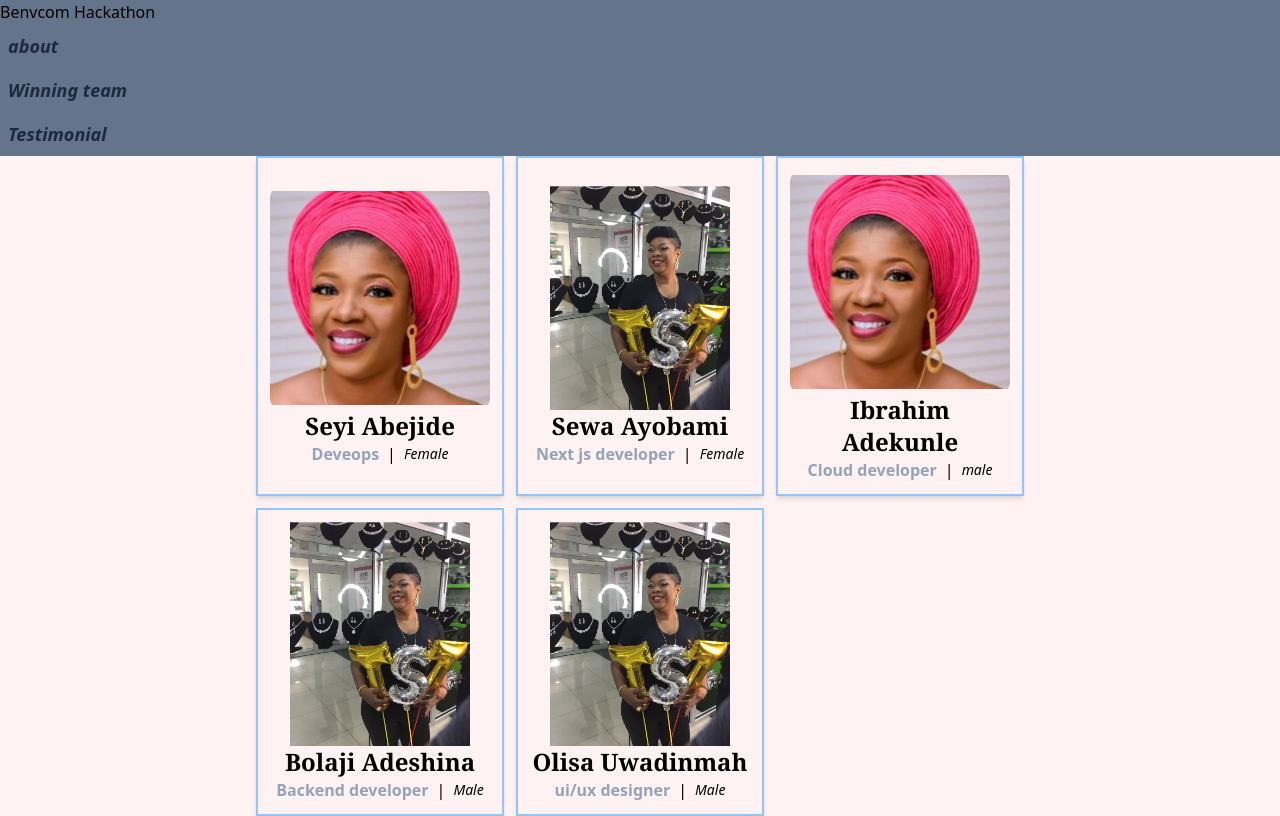
Repository: Semanmernstack/Bincom
Page: /
These files come from the project's save history. The page is drawn as it stood at one moment and after the next save; the edit follows.
The browser window is 1280 px wide. The pictures show the whole page.
The project was rebuilt for these pictures with package versions that can differ from the ones it lists, and the page was loaded fresh each time. The framework's server and built-in components were replaced by stand-ins that run in the browser. Also part of the build but not shown: next.config.mjs.

Above is the page before, as saved 2024-01-25 09:21:26.

### app/layout.tsx
import type { Metadata } from "next";
import { Inter } from "next/font/google";
import "./globals.css";
import Nav from "./components/Nav";

const inter = Inter({ subsets: ["latin"] });

export const metadata: Metadata = {
  title: "Create Next App",
  description: "Generated by create next app",
};

export default function RootLayout({
  children,
}: Readonly<{
  children: React.ReactNode;
}>) {
  return (
    <html lang="en">
      <body className=" min-h-screen bg-red-50">
        <Nav/>
        {children}
      </body>
    </html>
  );
}

### app/page.tsx
import Hacthon from "./components/Hacthon";




export default function Home() {
  return (
    <main>
      <Hacthon/>
    </main>

  );
}

### app/components/Nav.tsx
"use client"
import Link from 'next/link'
import { usePathname } from 'next/navigation'
import React from 'react'
const Linkk = [
    {
        href: "/about",
        title: "about"
    },
    {
        href: "/winner",
        title: "Winning team"
    },
    {
        href: "/testimony",
        title: "Testimonial",
    },
]

function Nav() {
    const pathname = usePathname()
  return (
    <div className='bg-slate-500'>
        <div>
            <h1> Benvcom Hackathon  </h1>
        </div>
       {Linkk.map((d, i) => (
        <div key={i}>
           {pathname === d.href ? (
        <Link href={d.href} className='text-sm sm:text-lg text-red-800 font-semibold animate-pulse'>
            {d.title}
        </Link>


           ):(
            <Link href= {d.href }
            className="flex   p-2 gap-1 italic sm:font-semibold hover:border rounded-lg border-teal-700  text-slate-800 dark:text-white text-xs sm:text-lg font-bold transition duration-100  "
            >
                {d.title}
            </Link>

           )}
           </div>

       ))}




</div>
  )
}

export default Nav

### app/components/Hacthon.tsx
import React from 'react'
import slidefour from "../public/slidefour.png"


import slidethree from "../public/slidethree.png"
import SetUp from "../components/SetUp";


const data = [
  {
    id: "1",
    title: "Seyi Abejide",
    image:"slidefour.png",
    role: "Deveops",
    gender: "Female",

  },
  {
    id: "2",
    title: "Sewa Ayobami",
    image: "slidethree.png",
    role: "Next js developer",
    gender: "Female"

  },
  {
    id: "3",
    title: "Ibrahim Adekunle",
    image:"slidefour.png",
    role: "Cloud developer",
    gender: "male",

  },
  {
    id: "4",
    title: "Bolaji Adeshina",
    image: "slidethree.png",
    role: "Backend developer",
    gender: "Male",

  },
  {
    id: "5",
    title: "Olisa Uwadinmah",
    image: "slidethree.png",
    role: "ui/ux designer",
    gender: "Male",

  },


];

function Hacthon() {
  return (
    <main className=" flex flex-col max-w-3xl mx-auto ">
      <div className="grid grid-cols-1 sm:grid-cols-2 md:grid-cols-3 gap-3">
          {data.map((p, index)=> (
              <div className=" border-2 border-blue-300 shadow-md items-center justify-center flex" key={index}>
                <SetUp
                  id={p.id}
                  title={p.title}
                  image={p.image}
                  role={p.role}
                  gender= {p.gender}
                />
              </div>

          ))}


      </div>



    </main>
  )
}

export default Hacthon

### app/components/SetUp.tsx
import React from 'react'
interface B {
    id: string
    title: string
    image: string
    role: string
    gender: string
}


function SetUp({id, title, image, role, gender}:B) {
  return (
    <div className=' p-3 '>
      <img src={image} alt="image" className='h-56 w-56 rounded-xl  object-contain' />
      <div className='flex flex-col items-center justify-between'>
        <h1 className='font-bold text-center font-serif textt-xl md:text-2xl'>{title}</h1>
        <div className='flex items-center justify-between gap-2'>
          <h2 className='font-bold text-slate-400 '>{role}</h2>
          <h2>|</h2>
          <h2 className='text-xs sm:text-sm italic'>{gender}</h2>
        </div>

        <div>

        </div>

      </div>

    </div>
  )
}

export default SetUp

Loaded but not shown: app/globals.css (common file); tailwind.config.ts (common file)

After the next save:
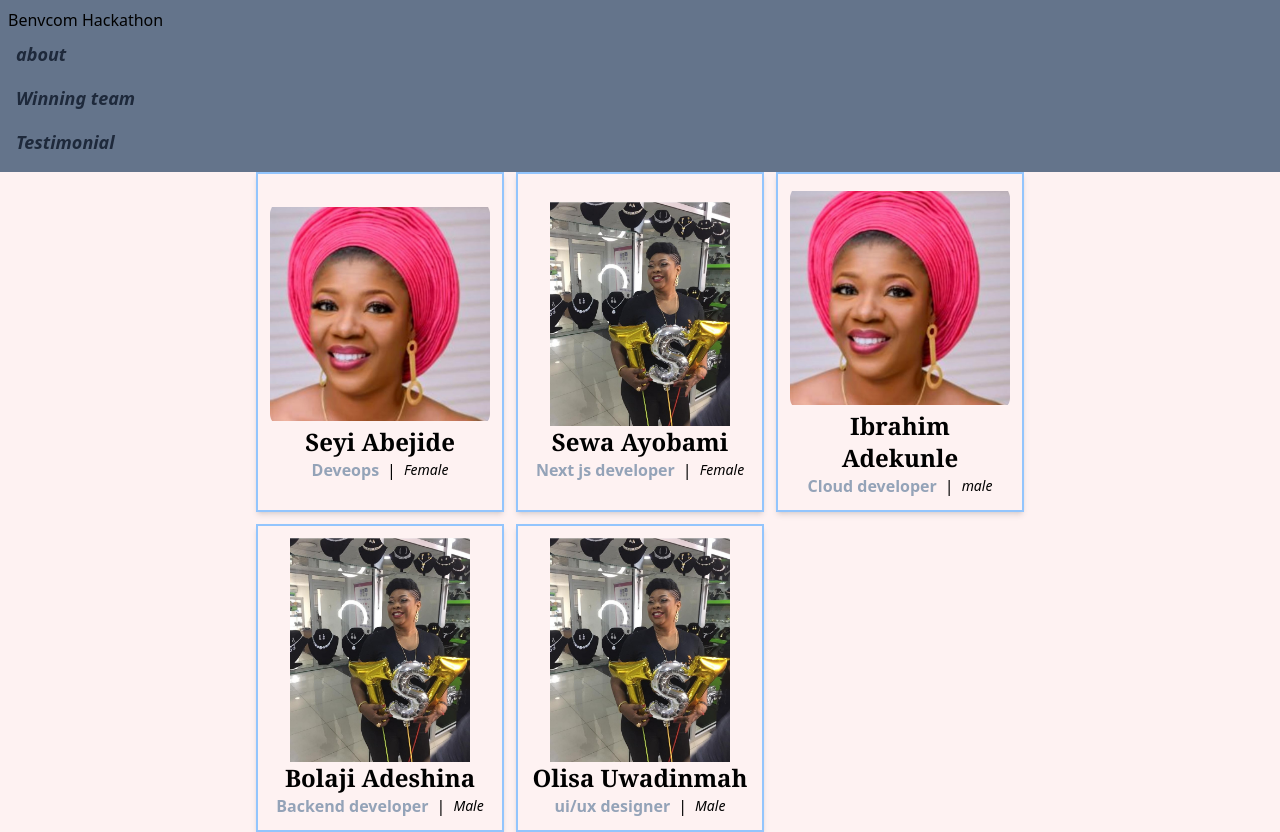
Saved 3 min 22 s later.
--- a/app/components/Nav.tsx
+++ b/app/components/Nav.tsx
@@ -20,7 +20,7 @@ const Linkk = [
 function Nav() {
     const pathname = usePathname()
   return (
-    <div className='bg-slate-500'>
+    <div className='bg-slate-500 p-2'>
         <div>
             <h1> Benvcom Hackathon  </h1>
         </div>
